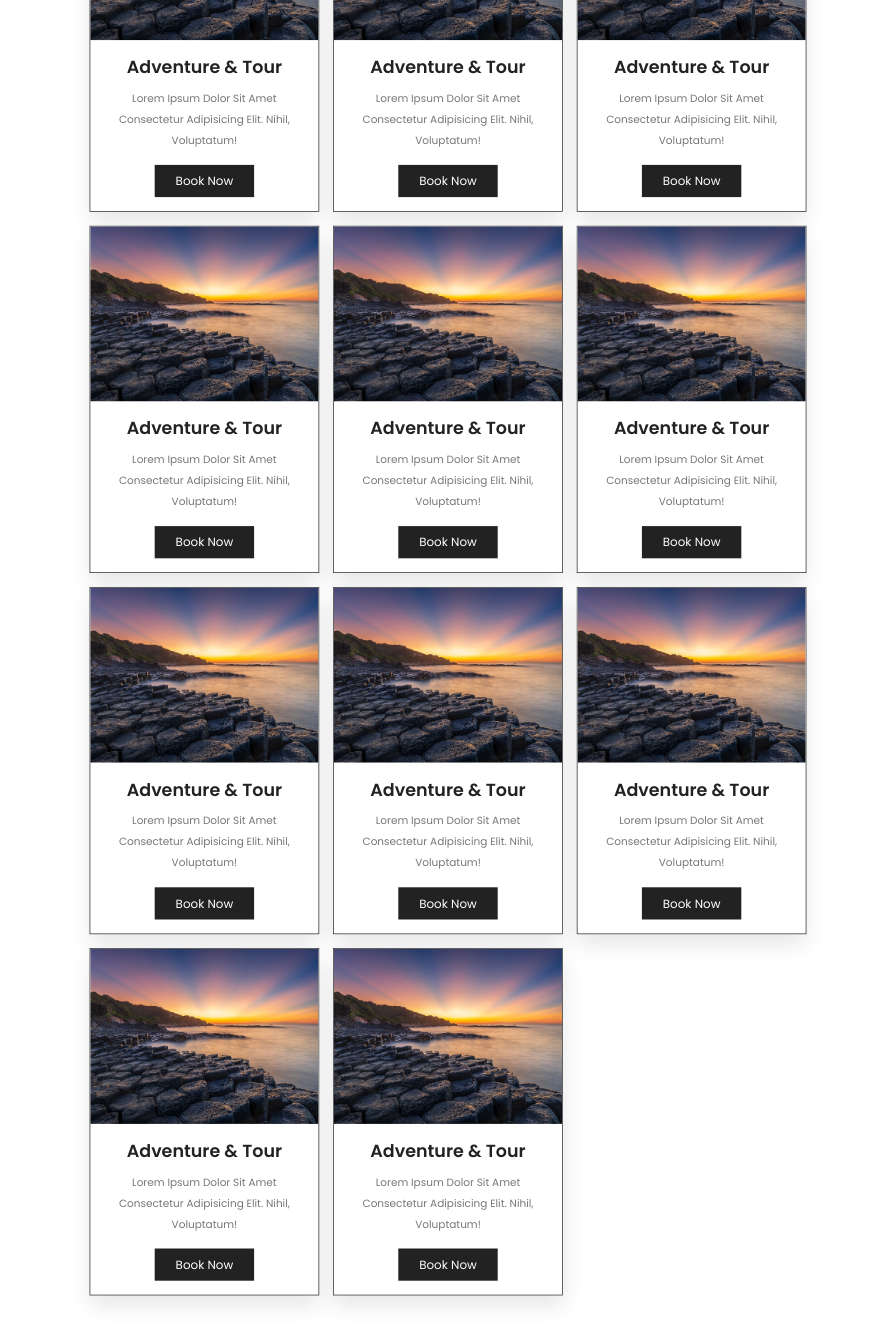
Repository: CTCuong/Traveloka-Web
Page: assets/package.html
An editor plug-in stored every save of this project. The page is shown before and after the next save, followed by the edit.
The browser window is 1280 px wide. The pictures show the part of the page from y = 842 to 2742 px (the page is 3388 px tall before and 3464 px after), at 70% of full size.
Pictures or frames that could not be fetched are drawn as grey boxes. Backgrounds fixed to the window are drawn as part of the page.

Above is the page before, as saved 2023-07-08 00:41:14.

### assets/package.html
<!DOCTYPE html>
<html lang="en">
<head>
    <meta charset="UTF-8">
    <meta name="viewport" content="width=device-width, initial-scale=1.0">
    <title>Package</title>
    <!--swiper css-->
    <link rel="stylesheet"href="https://cdn.jsdelivr.net/npm/swiper@9/swiper-bundle.min.css"/>
    <!--font awesome link-->
    <link rel="stylesheet" href="https://cdnjs.cloudflare.com/ajax/libs/font-awesome/6.4.0/css/all.min.css">
    <!-- css file link -->
    <link rel="stylesheet" href="/assets/css/style.css">
</head>
<body>
    <!-- header section starts -->
    <section class="header">
        <a href="home.html" class="logo">travel.</a>

        <nav class="navbar">
            <a href="home.html">Home</a>
            <a href="about.html">About</a>
            <a href="package.html">Package</a>
            <a href="book.html">Book</a>

        </nav>

        <div id="menu-btn" class="fas fa-bars"></div>
    </section>
    <!-- header section ends -->

    <div class="heading" style="background: url() no-repeat;">
        <h1>Package</h1>
    </div>

    <!--packages section starts-->

    <section class="packages">

        <h1 class="heading-title">top destinations</h1>

        <div class="box-container">

            <div class="box">
                <div class="image">
                    <img src="/assets/image/Packages/6.jpg" alt="">
                </div>

                <div class="content">
                    <h3>adventure & tour</h3>
                    <p>Lorem ipsum dolor sit amet consectetur adipisicing elit. Nihil, voluptatum!</p>
                    <a href="book.html" class="btn">book now</a>
                </div>
            </div>

            <div class="box">
                <div class="image">
                    <img src="/assets/image/Packages/6.jpg" alt="">
                </div>

                <div class="content">
                    <h3>adventure & tour</h3>
                    <p>Lorem ipsum dolor sit amet consectetur adipisicing elit. Nihil, voluptatum!</p>
                    <a href="book.html" class="btn">book now</a>
                </div>
            </div>

            <div class="box">
                <div class="image">
                    <img src="/assets/image/Packages/6.jpg" alt="">
                </div>

                <div class="content">
                    <h3>adventure & tour</h3>
                    <p>Lorem ipsum dolor sit amet consectetur adipisicing elit. Nihil, voluptatum!</p>
                    <a href="book.html" class="btn">book now</a>
                </div>
            </div>

            <div class="box">
                <div class="image">
                    <img src="/assets/image/Packages/6.jpg" alt="">
                </div>

                <div class="content">
                    <h3>adventure & tour</h3>
                    <p>Lorem ipsum dolor sit amet consectetur adipisicing elit. Nihil, voluptatum!</p>
                    <a href="book.html" class="btn">book now</a>
                </div>
            </div>

            <div class="box">
                <div class="image">
                    <img src="/assets/image/Packages/6.jpg" alt="">
                </div>

                <div class="content">
                    <h3>adventure & tour</h3>
                    <p>Lorem ipsum dolor sit amet consectetur adipisicing elit. Nihil, voluptatum!</p>
                    <a href="book.html" class="btn">book now</a>
                </div>
            </div>

            <div class="box">
                <div class="image">
                    <img src="/assets/image/Packages/6.jpg" alt="">
                </div>

                <div class="content">
                    <h3>adventure & tour</h3>
                    <p>Lorem ipsum dolor sit amet consectetur adipisicing elit. Nihil, voluptatum!</p>
                    <a href="book.html" class="btn">book now</a>
                </div>
            </div>

            <div class="box">
                <div class="image">
                    <img src="/assets/image/Packages/6.jpg" alt="">
                </div>

                <div class="content">
                    <h3>adventure & tour</h3>
                    <p>Lorem ipsum dolor sit amet consectetur adipisicing elit. Nihil, voluptatum!</p>
                    <a href="book.html" class="btn">book now</a>
                </div>
            </div>

            <div class="box">
                <div class="image">
                    <img src="/assets/image/Packages/6.jpg" alt="">
                </div>

                <div class="content">
                    <h3>adventure & tour</h3>
                    <p>Lorem ipsum dolor sit amet consectetur adipisicing elit. Nihil, voluptatum!</p>
                    <a href="book.html" class="btn">book now</a>
                </div>
            </div>

            <div class="box">
                <div class="image">
                    <img src="/assets/image/Packages/6.jpg" alt="">
                </div>

                <div class="content">
                    <h3>adventure & tour</h3>
                    <p>Lorem ipsum dolor sit amet consectetur adipisicing elit. Nihil, voluptatum!</p>
                    <a href="book.html" class="btn">book now</a>
                </div>
            </div>

            <div class="box">
                <div class="image">
                    <img src="/assets/image/Packages/6.jpg" alt="">
                </div>

                <div class="content">
                    <h3>adventure & tour</h3>
                    <p>Lorem ipsum dolor sit amet consectetur adipisicing elit. Nihil, voluptatum!</p>
                    <a href="book.html" class="btn">book now</a>
                </div>
            </div>

            <div class="box">
                <div class="image">
                    <img src="/assets/image/Packages/6.jpg" alt="">
                </div>

                <div class="content">
                    <h3>adventure & tour</h3>
                    <p>Lorem ipsum dolor sit amet consectetur adipisicing elit. Nihil, voluptatum!</p>
                    <a href="book.html" class="btn">book now</a>
                </div>
            </div>

        </div>
    </section>

    <!--packages section ends-->


    <!-- footer section starts -->

    <section class="footer">
        <div class="box-container">

            <div class="box">
                <h3>quick links</h3>
                <a href="home.html"><i class="fas fa-angle-right"></i>Home</a>
                <a href="about.html"><i class="fas fa-angle-right"></i>About</a>
                <a href="package.html"><i class="fas fa-angle-right"></i>Package</a>
                <a href="book.html"><i class="fas fa-angle-right"></i>Book</a>
            </div>

            <div class="box">
                <h3>extra links</h3>
                <a href="#"><i class="fas fa-angle-right"></i> ask question</a>
                <a href="#"><i class="fas fa-angle-right"></i> about us</a>
                <a href="#"><i class="fas fa-angle-right"></i> privacy policy</a>
                <a href="#"><i class="fas fa-angle-right"></i> terms of use</a>
            </div>

            <div class="box">
                <h3>contract info</h3>
                <a href="#"><i class="fas fa-phone"></i> +84 098-326-789 </a>
                <a href="#"><i class="fas fa-phone"></i> +84 023-908-7865 </a>
                <a href="#"><i class="fas fa-envelope"></i> travekhanas@gmail.com </a>
                <a href="#"><i class="fas fa-map"></i> HaNoi, VietNam   </a>
            </div>

            <div class="box">
                <h3>follow us</h3>
                <a href="#"><i class="fab fa-facebook"></i> facebook </a>
                <a href="#"><i class="fab fa-twitter"></i> twitter </a>
                <a href="#"><i class="fab fa-instagram"></i> instagram </a>
                <a href="#"><i class="fab fa-telegram"></i> telegram </a>
            </div>

        </div>

        <div class="credit"> created by <span>mr. Cao Tran Cuong</span> | all rights reserved! </div>
    </section>
    <!-- footer section ends -->

    <!--swiper js-->
    <script src="https://cdn.jsdelivr.net/npm/swiper@9/swiper-bundle.min.js"></script>
    <!-- js file link -->
    <script src="/assets/js/scrip.js"></script>
</body>
</html>

### assets/css/style.css
@import url('https://fonts.googleapis.com/css2?family=Poppins:ital,wght@0,100;0,200;0,300;0,400;0,500;0,600;1,100;1,200;1,300;1,400;1,500;1,600&display=swap');

:root {
    --main-color:#6A5AF9;
    --black:#222;
    --white: #fff;
    --light-black:#777;
    --light-white:#fff9;
    --drak-bg:rgba(0,0,0,.7);
    --light-bg:#eee;
    --border: .1rem solid #222;
    --text-shadow:0 1.5rem 3rem rgba(0,0,0,.3);
    --box-shadow:0 1.5rem 3rem rgba(0,0,0,.1);
}
* {
    font-family: 'Poppins', sans-serif;
    margin: 0; padding: 0;
    outline: none;border: none;
    box-sizing: border-box;
    text-decoration: none;
    text-transform: capitalize;

}

html {
    font-size: 62.5%;
    overflow-x: hidden;
}

html::-webkit-scrollbar {
    width : 1rem;
}

html::-webkit-scrollbar-track {
    background-color: var(--white);
}

html::-webkit-scrollbar-thumb {
    background-color: var(--main-color);
}
section {
    padding: 5rem 10%;
}
.header {
    position: sticky;
    top:0; left: 0; right: 0;
    z-index: 1000;
    background-color: var(--white);
    display: flex;
    padding-top: 2rem;
    padding-bottom: 2rem;
    box-shadow: var(--box-shadow);
    align-items: center;
    justify-content:space-between;
}

.header .logo {
    font-size: 2.5rem;
    color: var(--black);
}

.header .navbar a {
    font-size: 2rem;
    margin-left: 2rem;
    color: var(--black);
}

#menu-btn {
    font-size: 2.5rem;
    color: var(--black);
    cursor: pointer;
    display: none;
}

.home {
    padding: 0;
}

.home .slide {
    text-align: center;
    padding: 2rem;
    display: flex;
    align-items: center;
    justify-content: center;
    background-size: cover !important;
    background-position: center !important;
    min-height: 60rem;
}

.home .slide .content {
    width: 85rem;
    display: none;
}

.home .swiper-slide-active .content {
    display: inline-block;
}

.home .slide .content span {
    display: block;
    font-size: 2.2rem;
    color: var(--light-white);
    padding-bottom: 1rem;
    animation:fadeIn .4s linear backwards .2s;
}

.home .slide .content h3 {
    font-size: 6vw;
    color: var(--white);
    text-transform: uppercase;
    line-height: 1;
    text-shadow: var(--text-shadow);
    padding: 1rem 0;
    animation:fadeIn .4s linear backwards .4s;
}

.home .slide .content .btn {
    animation:fadeIn .4s linear backwards .6s;
}


@keyframes fadeIn {
    0% {
        transform: scale(0);
        opacity: 0;
    }
}


.heading {
    background-size: cover !important;
    background-position: center !important;
    padding-top: 10rem;
    padding-bottom: 15rem;
    display: flex;
    align-items: center;
    justify-content: center;
}

.heading h1 {
    font-size: 10rem;
    text-transform: uppercase;
    color: var(--white);
    text-shadow: var(--box-shadow);
}

.about {
    display: flex;
    align-items: center;
    flex-wrap: wrap;
    gap:3rem;
}

.about .image {
    flex: 1 1 41rem;
}

.about .image img {
    width: 100%;
}

.about .content {
    flex: 1 1 41rem;
    text-align: center;
}

.about .content h3 {
    font-size: 3rem;
    color: var(--black);
}

.about .content p {
    font-size: 1.5rem;
    color: var(--light-black);
    line-height: 2;
    padding: 1rem 0;
}

.about .content .icons-container {
    margin-top: 2rem;
    display: flex;
    flex-wrap: wrap;
    gap :1.5rem;
    align-items: flex-end;
}

.about .content .icons-container .icons {
    background: var(--light-bg);
    padding: 2rem;
    flex: 1 1  10rem;
}

.about .content .icons-container .icons i {
    font-size: 4rem;
    margin-top: 2rem;
    color:  var(--main-color);
}

.about .content .icons-container .icons span {
    font-size: 1.5rem;
    color: var(--light-black);
    display: block;
}

.reviews {
    background: var(--light-bg);
}

.reviews .slide {
    padding: 2rem;
    border: var(--border);
    background: var(--white);
    text-align: center;
    box-shadow: var(--box-shadow);
    user-select: none;
}

.reviews .slide .stars i {
    font-size: 1.7rem;
    color: var(--main-color);
}

.reviews .slide p {
    font-size: 1.5rem;
    color: var(--light-black);
    line-height: 2;
    padding: 1rem 0;
}

.reviews .slide h3 {
    font-size: 2rem;
    color: var(--black);
}

.reviews .slide span {
    font-size: 1.5rem;
    color: var(--main-color);
    display: block;
}

.reviews .slide img {
    height: 7rem;
    width: 7rem;
    border-radius: 50%;
    object-fit: cover;
    margin-top: 1rem;
}

.reviews .slide .stars {
    padding-bottom: .5rem;
}




.btn {
    display: inline-block;
    background: var(--black);
    margin-top: 1rem;
    color: var(--white);
    font-size: 1.7rem;
    padding: 1rem 3rem;
    cursor: pointer;

}

.btn:hover {
    background: var(--main-color);
}

.home-about {
    display: flex;
    align-items: center;
    flex-wrap: wrap;
}

.home-about .image {
    flex: 1 1 41rem;
}

.home-about .image img {
    width: 100%;

}

.home-about .content {
    flex: 1 1 41rem;
    padding: 3rem;
    background: var(--light-bg);
}

.home-about .content h3 {
    font-size: 3rem;
    color: var(--black);
}

.home-about .content p {
    font-size: 1.5rem;
    padding: 1rem;
    line-height:2 ;
    color: var(--black);
}

.home-packages {
    background: var(--light-bg);
}

.home-packages .box-container .box {
    border: var(--border);
    box-shadow: var(--box-shadow);
    background: var(--white);
}

.home-packages .box-container {
    display: grid;
    grid-template-columns: repeat(auto-fit, minmax(30rem, 1fr));
    gap : 2rem;
}

.home-packages .box-container .box .image {
    height: 25rem;
    overflow: hidden;
}

.home-packages .box-container .box .image img {
    height: 100%;
    width: 100%;
    object-fit: cover;
    transition: .2s linear;
}

.home-packages .box-container .box .content {
    padding: 2rem;
    text-align: center;

}

.home-packages .box-container .box .content h3 {
    font-size: 2.5rem;
    color: var(--black);
}

.home-packages .box-container .box .content p {
    font-size: 1.5rem;
    color: var(--light-black);
    line-height: 2;
    padding: 1rem 0;
}

.home-packages .load-more {
    text-align: center;
    margin-top: 2rem;
}

.home-offer {
    text-align: center;
}

.home-offer .content {
    max-width: 50rem;
    margin: 0 auto;
}

.home-offer .content h3 {
    font-size: 3.5rem;
    text-transform: uppercase;
    color: var(--black);
}

.home-offer .content p {
    font-size: 1.5rem;
    color: var(--black);
    line-height: 2;
    padding: 1rem 0;
}


.services .box-container {
    display: grid;
    grid-template-columns: repeat(auto-fit, minmax(16rem, 1fr));
    gap : 1.5rem;
}

.services .box-container .box {
    padding: 3rem 2rem;
    text-align: center;
    background: var(--main-color);
    cursor: pointer;
}


.services .box-container .box:hover {
    background: var(--black) ;
}

.services .box-container .box h3 {
    color: var(--white);
    font-size: 1,7rem;
    padding-top: 1rem;
}

.services .box-container .box img {
    height: 7rem;
}

.heading-title {
    text-align: center;
    margin-bottom: 3rem;
    font-size: 6rem;
    text-transform: uppercase;
    color: var(--black);
}

.packages .box-container .box {
    border: var(--border);
    box-shadow: var(--box-shadow);
    background: var(--white);
}

.packages .box-container {
    display: grid;
    grid-template-columns: repeat(auto-fit, minmax(30rem, 1fr));
    gap : 2rem;
}

.packages .box-container .box .image {
    height: 25rem;
    overflow: hidden;
}

.packages .box-container .box .image img {
    height: 100%;
    width: 100%;
    object-fit: cover;
    transition: .2s linear;
}

.packages .box-container .box .content {
    padding: 2rem;
    text-align: center;

}

.packages .box-container .box .content h3 {
    font-size: 2.5rem;
    color: var(--black);
}

.packages .box-container .box .content p {
    font-size: 1.5rem;
    color: var(--light-black);
    line-height: 2;
    padding: 1rem 0;
}

.packages .load-more {
    text-align: center;
    margin-top: 2rem;
}




























.footer {
    background:url(/assets/image/Footer/low-angle-nature-night-time.jpg) no-repeat;
    background-size: cover;
    background-position: center;
    background-attachment: fixed;
}

.footer .box-container {
    display: grid;
    grid-template-columns: repeat(auto-fit, minmax(25rem, 1fr));
    gap : 3rem;
}

.footer .box-container .box h3{
    color: var(--white);
    font-size: 2.5rem;
    padding-bottom: 2rem;
}

.footer .box-container .box a {
    color: var(--light-white);
    font-size: 1.5rem;
    padding-bottom: 1.5rem;
    display: block;
}

.footer .box-container .box a i {
    color: var(--main-color);
    padding-right: .5rem;
    transition: .2s linear ;
}

.footer .box-container .box a:hover i {
    padding-right: 2rem;
}

.footer .credit {
    text-align: center;
    padding-top: 3.5rem;
    margin-top: 3rem;
    border-top: .1rem solid var(--light-bg);
    font-size: 2rem;
    color: var(--white);
}

.footer .credit span {
    color:var(--main-color);
}



/* media queries */
@media (max-width:1200px) {

    section {
        padding: 3rem 5%;
    }

}

@media (max-width:991px) {

    html {
        font-size: 55%;
    }

    section {
        padding: 3rem 2rem;
    }

    .home .slide .content h3 {
        font-size: 10vw;
    }
}

@media (max-width:768px) {
    #menu-btn {
         display: inline-block;
         transition: .2s linear;
    }

    #menu-btn.fa-times {
        transform: rotate(180deg);
    }

    .header .navbar {
        position: absolute;
        top:99%; left:0; right:0;
        background-color: var(--white);
        border-top: var(--border);
        padding: 2rem;
        transition: .2s linear;
        clip-path: polygon(0 0, 100% 0, 100% 0, 0 0);
    }

    .header .navbar.active {
        clip-path: polygon(0 0, 100% 0, 100% 100%, 0 100%);
    }

    .header .navbar a {
        display:block;
        margin: 2rem;
        text-align: center ;
    }

}
@media (max-width:450px) {

    html {
        font-size: 50%;
    }

    .heading-title {
        font-size: 3.5rem;
    }

}

### assets/js/scrip.js
let menu = document.querySelector('#menu-btn');
let navbar = document.querySelector('.header .navbar');

menu.onclick = () =>{
    menu.classList.toggle('fa-times');
    navbar.classList.toggle('active');
};

window.onscroll = () => {
    menu.classList.remove('fa-times')
    navbar.classList.remove('active')

};

var swiper = new Swiper(".home-slider", {
  loop:true,
  navigation: {
    nextEl: ".swiper-button-next",
    prevEl: ".swiper-button-prev",
  },
});



var swiper = new Swiper(".reviews-slider", {
  slidesPerView: 3,
  spaceBetween:30,
  slidesPerGroup:3,
  loop:true,
  loopFillGroupWithBlank: true,
  pagination: {
    el:".swiper-pagination",
    clickable:true,
  },
  navigation: {
    nextEl:".swiper-button-next",
    prevEl:".swiper-button-prev",
  },
});

After the next save:
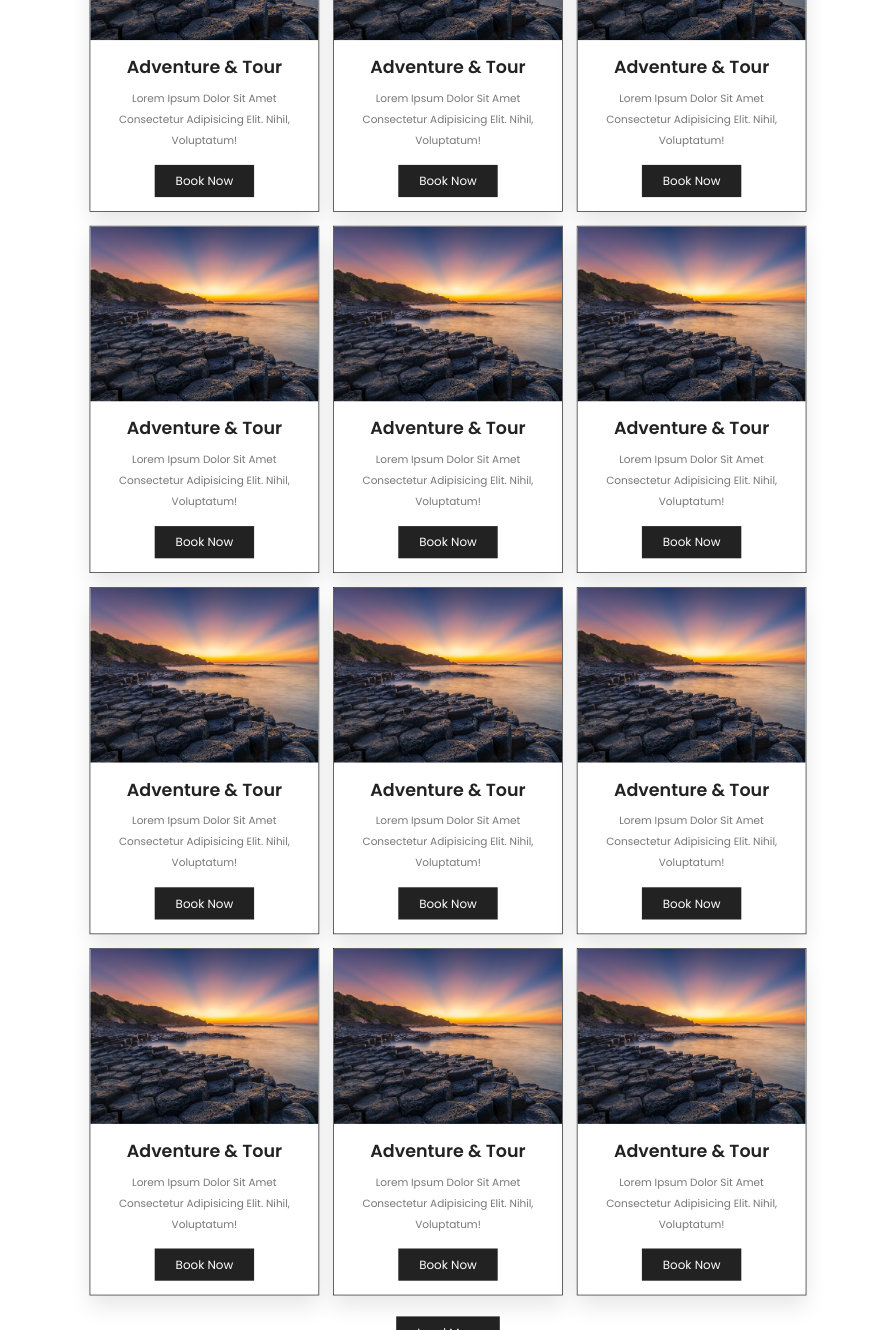
Saved 77 s later.
--- a/assets/package.html
+++ b/assets/package.html
@@ -172,7 +172,20 @@
                 </div>
             </div>
 
+            <div class="box">
+                <div class="image">
+                    <img src="/assets/image/Packages/6.jpg" alt="">
+                </div>
+
+                <div class="content">
+                    <h3>adventure & tour</h3>
+                    <p>Lorem ipsum dolor sit amet consectetur adipisicing elit. Nihil, voluptatum!</p>
+                    <a href="book.html" class="btn">book now</a>
+                </div>
+            </div>
+
         </div>
+        <div class="load-more"><span class="btn">load more</span></div>
     </section>
 
     <!--packages section ends-->
